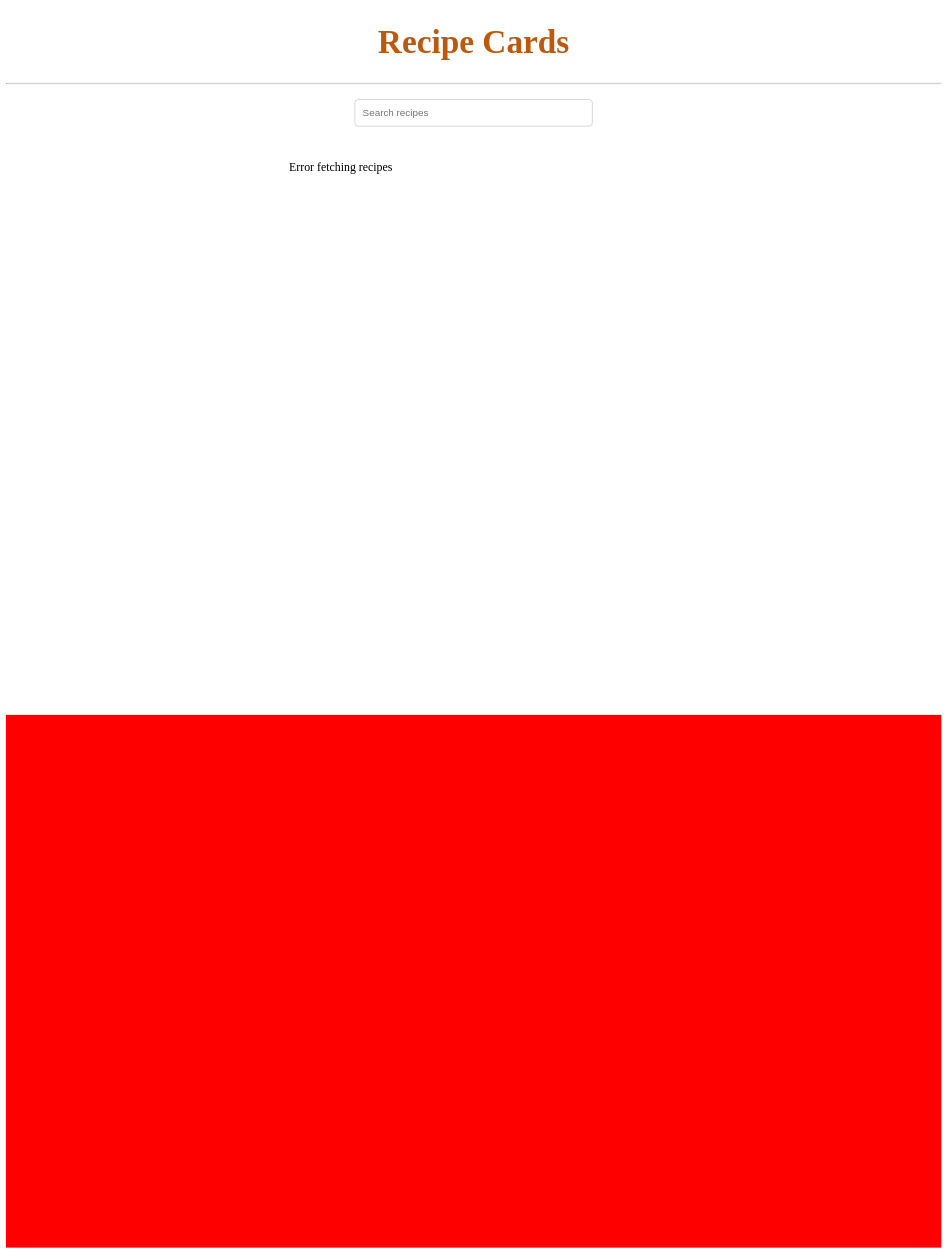
Repository: SharonSebastian32/food-search-filter-
Page: index.html
The author's editor kept a copy of each file at every save. The page is drawn from the files as they stood at one save, then again after the next save.
The browser window is 1280 px wide. The pictures show the whole page, at 74% of full size.
The page's requests for data from a server got no answer.

Above is the page before, as saved 2024-10-11 12:56:30.

After the next save:
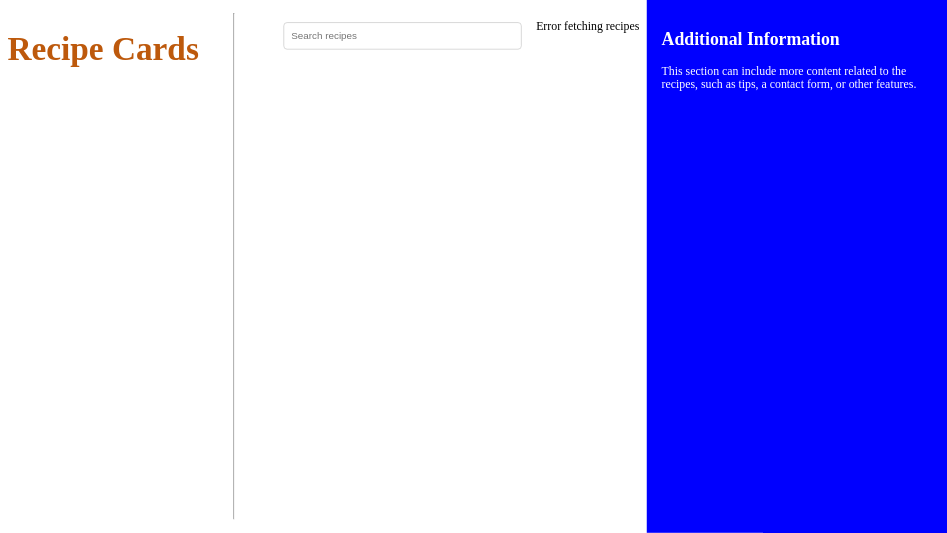
Saved 68 s later.
--- a/index.html
+++ b/index.html
@@ -5,38 +5,19 @@
     <meta name="viewport" content="width=device-width, initial-scale=1.0" />
     <title>Recipe Cards</title>
     <style>
-      .card {
-        border: 1px solid #ddd;
-        border-radius: 10px;
-        margin: 20px;
-        box-shadow: 0 4px 8px rgba(0, 0, 0, 0.1);
-        width: 240px;
-        display: inline-block;
-        vertical-align: top;
-        overflow: hidden;
+      body {
+        display: flex; /* Use flexbox for the layout */
+        height: 100vh; /* Full viewport height */
+        margin: 0; /* Remove default margin */
       }
-      .card img {
-        width: 100%;
-        height: 200px;
-      }
-      .card h2 {
-        font-size: 24px;
-        margin: 0 0 10px 0;
-        padding: 10px;
-      }
-      .card p {
-        margin: 5px 0;
-        padding: 10px;
-      }
+
       .card-container {
         display: flex;
         flex-wrap: wrap;
         justify-content: space-around;
         padding: 10px;
-        height: 100vh;
-        width: 70%; /* Set height to full viewport */
+        width: 70%; /* Set width to 70% */
         overflow-y: scroll; /* Enable vertical scrolling */
-        margin-bottom: 35px;
         /* Firefox scrollbar properties */
         scrollbar-width: thin; /* Thin scrollbar */
         scrollbar-color: #888 #f1f1f1; /* Thumb color and track color */
@@ -63,35 +44,81 @@
       .card-container::-webkit-scrollbar-thumb:hover {
         background: #555; /* Darker shade on hover */
       }
+
+      .card {
+        border: 1px solid #ddd;
+        border-radius: 10px;
+        margin: 20px;
+        box-shadow: 0 4px 8px rgba(0, 0, 0, 0.1);
+        width: 240px;
+        display: inline-block;
+        vertical-align: top;
+        overflow: hidden;
+      }
+
+      .card img {
+        width: 100%;
+        height: 200px;
+      }
+
+      .card h2 {
+        font-size: 24px;
+        margin: 0 0 10px 0;
+        padding: 10px;
+      }
+
+      .card p {
+        margin: 5px 0;
+        padding: 10px;
+      }
+
       #head1 {
         color: rgb(189, 89, 12);
         font-size: 45px;
         font-weight: 600;
         text-align: center;
       }
+
       #search-container {
         text-align: center;
         margin: 20px;
       }
+
       #search-input {
         padding: 10px;
         width: 300px;
         border-radius: 5px;
         border: 1px solid #ccc;
       }
+
+      .add-container {
+        width: 30%; /* Set width to 30% */
+        background-color: blue; /* Background color */
+        padding: 20px; /* Padding for the content */
+        color: white; /* Text color for better contrast */
+      }
     </style>
   </head>
   <body>
-    <h1 id="head1">Recipe Cards</h1>
-    <hr />
+    <div class="card-container">
+      <h1 id="head1">Recipe Cards</h1>
+      <hr />
 
-    <div id="search-container">
-      <input type="text" id="search-input" placeholder="Search recipes" />
+      <div id="search-container">
+        <input type="text" id="search-input" placeholder="Search recipes" />
+      </div>
+
+      <div id="recipe-root"></div>
     </div>
 
-    <div id="recipe-root" class="card-container"></div>
-
-    <section style="background-color: red; height: 100vh"></section>
+    <div class="add-container">
+      <h2>Additional Information</h2>
+      <p>
+        This section can include more content related to the recipes, such as
+        tips, a contact form, or other features.
+      </p>
+      <!-- You can add more elements here -->
+    </div>
 
     <script src="./index.js"></script>
   </body>

After the save that followed:
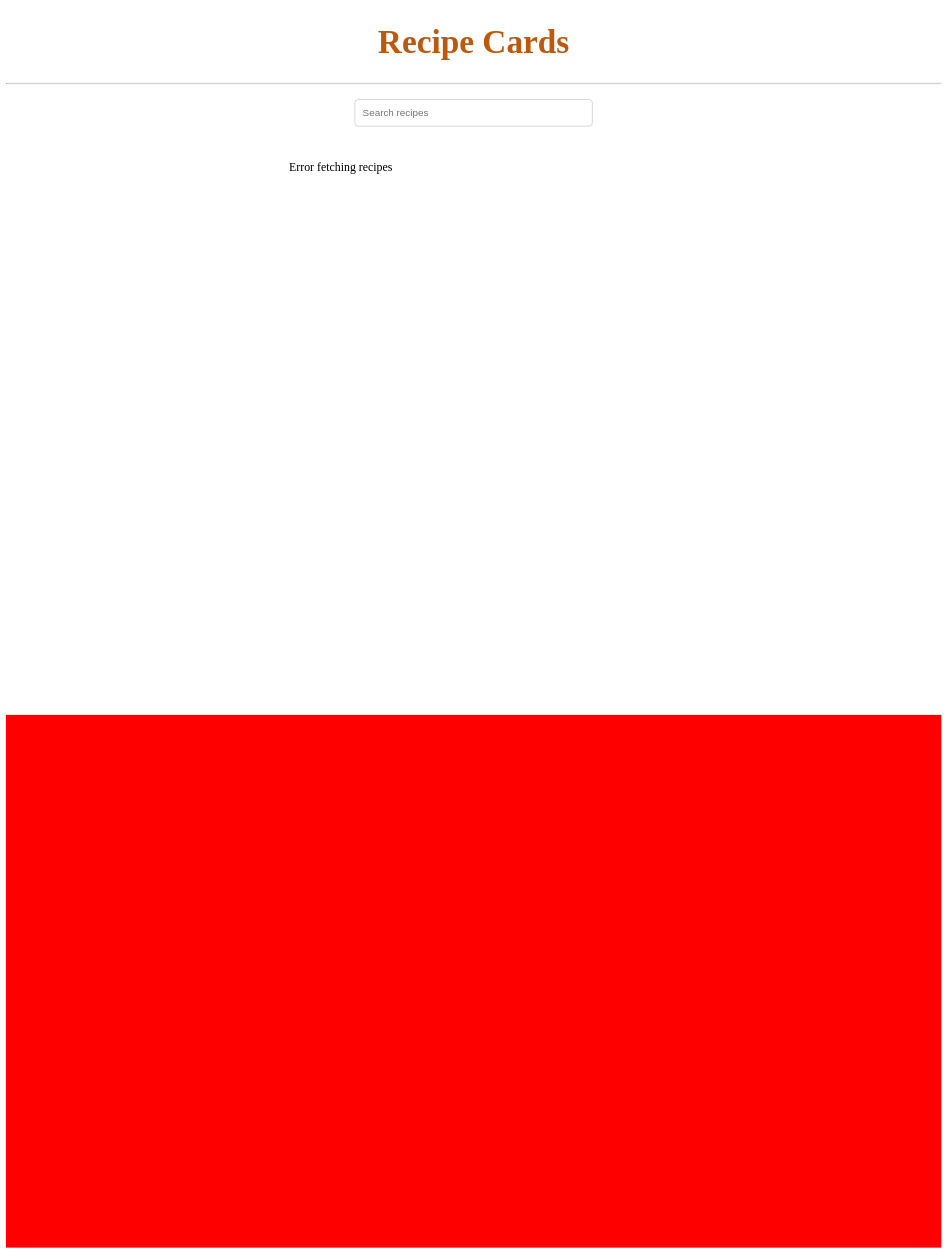
Saved 61 s later.
--- a/index.html
+++ b/index.html
@@ -5,19 +5,38 @@
     <meta name="viewport" content="width=device-width, initial-scale=1.0" />
     <title>Recipe Cards</title>
     <style>
-      body {
-        display: flex; /* Use flexbox for the layout */
-        height: 100vh; /* Full viewport height */
-        margin: 0; /* Remove default margin */
+      .card {
+        border: 1px solid #ddd;
+        border-radius: 10px;
+        margin: 20px;
+        box-shadow: 0 4px 8px rgba(0, 0, 0, 0.1);
+        width: 240px;
+        display: inline-block;
+        vertical-align: top;
+        overflow: hidden;
       }
-
+      .card img {
+        width: 100%;
+        height: 200px;
+      }
+      .card h2 {
+        font-size: 24px;
+        margin: 0 0 10px 0;
+        padding: 10px;
+      }
+      .card p {
+        margin: 5px 0;
+        padding: 10px;
+      }
       .card-container {
         display: flex;
         flex-wrap: wrap;
         justify-content: space-around;
         padding: 10px;
-        width: 70%; /* Set width to 70% */
+        height: 100vh;
+        width: 70%; /* Set height to full viewport */
         overflow-y: scroll; /* Enable vertical scrolling */
+        margin-bottom: 35px;
         /* Firefox scrollbar properties */
         scrollbar-width: thin; /* Thin scrollbar */
         scrollbar-color: #888 #f1f1f1; /* Thumb color and track color */
@@ -44,81 +63,35 @@
       .card-container::-webkit-scrollbar-thumb:hover {
         background: #555; /* Darker shade on hover */
       }
-
-      .card {
-        border: 1px solid #ddd;
-        border-radius: 10px;
-        margin: 20px;
-        box-shadow: 0 4px 8px rgba(0, 0, 0, 0.1);
-        width: 240px;
-        display: inline-block;
-        vertical-align: top;
-        overflow: hidden;
-      }
-
-      .card img {
-        width: 100%;
-        height: 200px;
-      }
-
-      .card h2 {
-        font-size: 24px;
-        margin: 0 0 10px 0;
-        padding: 10px;
-      }
-
-      .card p {
-        margin: 5px 0;
-        padding: 10px;
-      }
-
       #head1 {
         color: rgb(189, 89, 12);
         font-size: 45px;
         font-weight: 600;
         text-align: center;
       }
-
       #search-container {
         text-align: center;
         margin: 20px;
       }
-
       #search-input {
         padding: 10px;
         width: 300px;
         border-radius: 5px;
         border: 1px solid #ccc;
       }
-
-      .add-container {
-        width: 30%; /* Set width to 30% */
-        background-color: blue; /* Background color */
-        padding: 20px; /* Padding for the content */
-        color: white; /* Text color for better contrast */
-      }
     </style>
   </head>
   <body>
-    <div class="card-container">
-      <h1 id="head1">Recipe Cards</h1>
-      <hr />
+    <h1 id="head1">Recipe Cards</h1>
+    <hr />
 
-      <div id="search-container">
-        <input type="text" id="search-input" placeholder="Search recipes" />
-      </div>
-
-      <div id="recipe-root"></div>
+    <div id="search-container">
+      <input type="text" id="search-input" placeholder="Search recipes" />
     </div>
 
-    <div class="add-container">
-      <h2>Additional Information</h2>
-      <p>
-        This section can include more content related to the recipes, such as
-        tips, a contact form, or other features.
-      </p>
-      <!-- You can add more elements here -->
-    </div>
+    <div id="recipe-root" class="card-container"></div>
+
+    <section style="background-color: red; height: 100vh"></section>
 
     <script src="./index.js"></script>
   </body>
